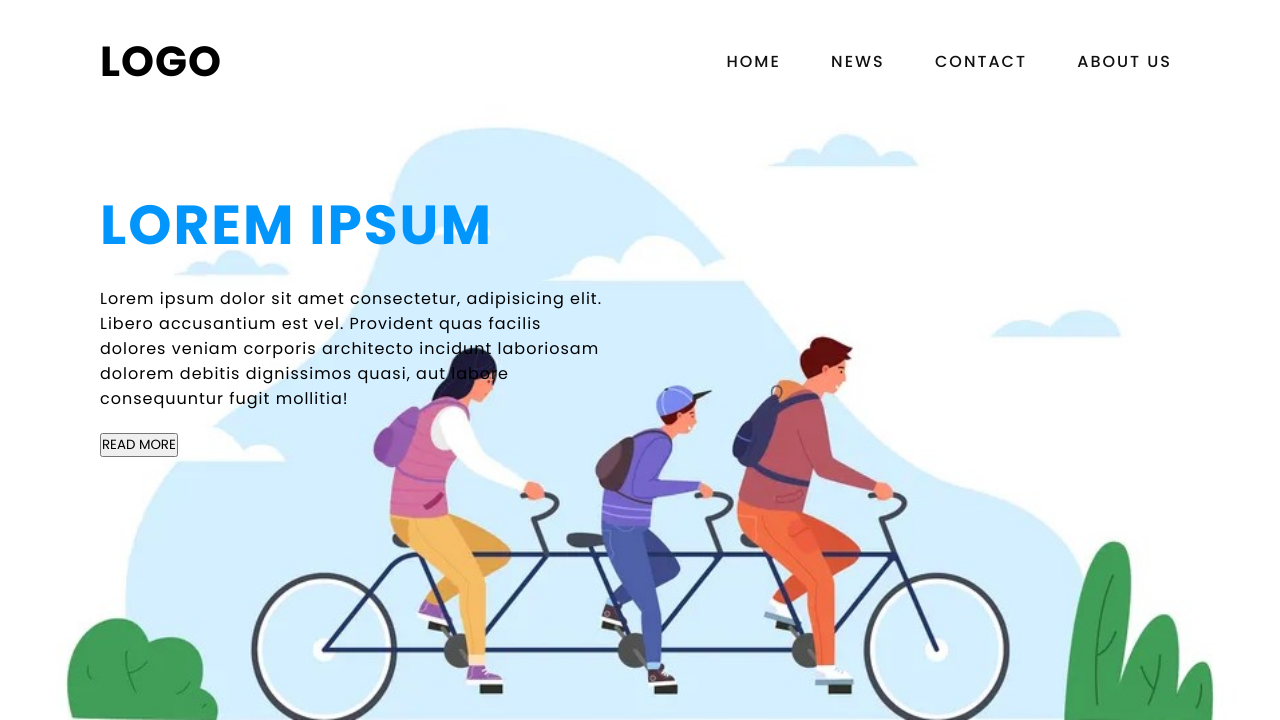
Repository: nganha241/1806
Page: index.html
An editor plug-in stored every save of this project. The page is shown before and after the next save, followed by the edit.
The browser window is 1280 px wide. The pictures show the whole page.

Above is the page before, as saved 2022-06-18 15:53:26.

After the next save:
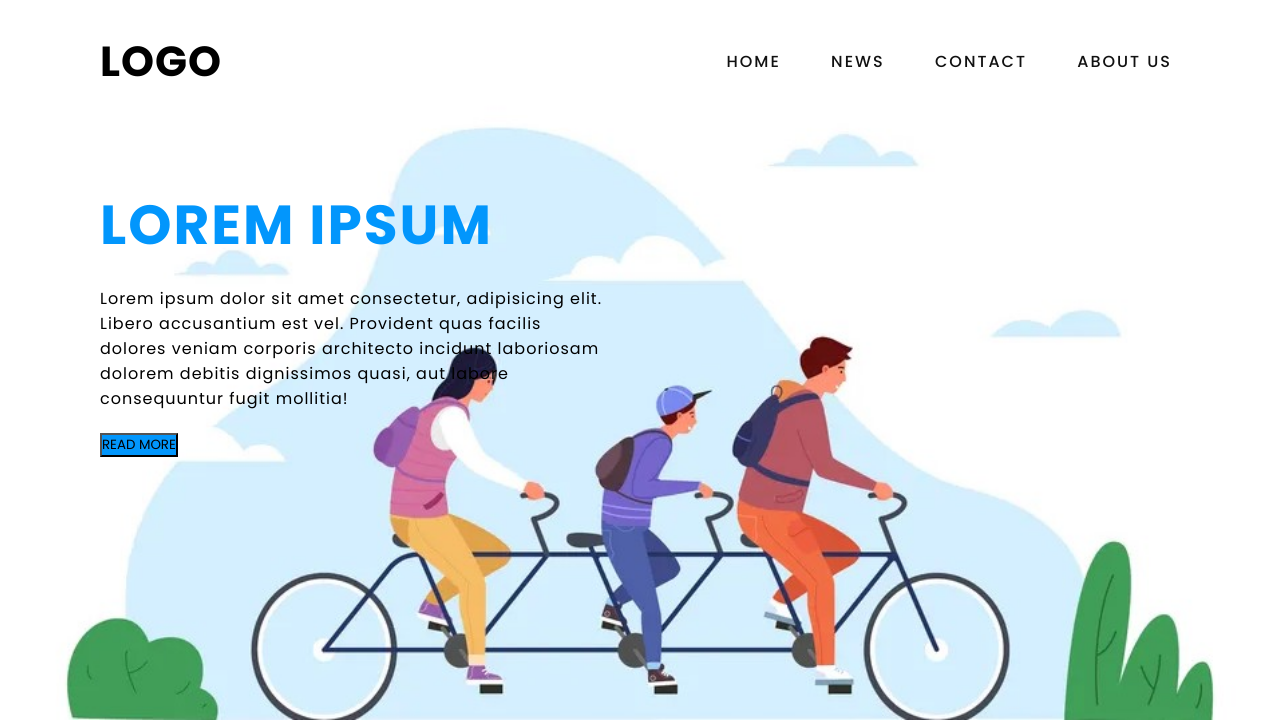
Saved 26 s later.
--- a/style.css
+++ b/style.css
@@ -81,6 +81,6 @@ section header {
     letter-spacing: 1px;
 }
 
-.btn-info {
-
+.btn-more {
+    background: #0296FC;
 }
